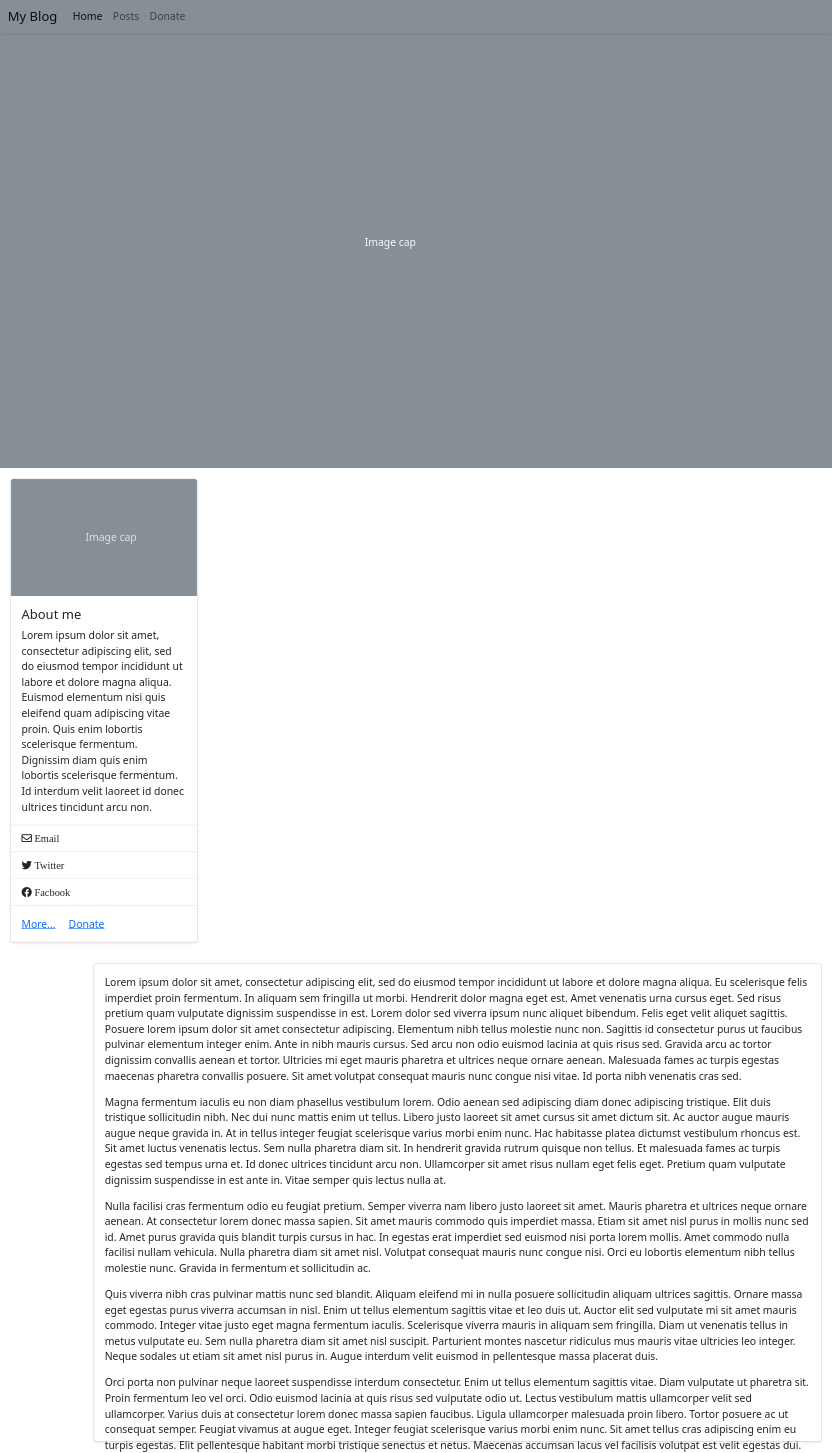
Repository: LublubXT/Azi-Tec-Team
Page: views/templates/blogs/personalblog/home.html
An editor plug-in stored every save of this project. The page is shown before and after the next save, followed by the edit.
The browser window is 1280 px wide. The pictures show the whole page, at 65% of full size.

Above is the page before, as saved 2021-03-11 09:16:59.

### views/templates/blogs/personalblog/home.html
<!DOCTYPE html>
<html lang="en">

    <head>
        <meta charset="UTF-8">
        <meta http-equiv="X-UA-Compatible" content="IE=edge">
        <meta name="viewport" content="width=device-width, initial-scale=1.0">

        <!-- import style sheet file -->
        <link rel="stylesheet" href="css/style.css">
        <link rel="stylesheet" href="css/bootstrap.min.css">
        <link rel="stylesheet" href="fontawesome/css/all.css">


        <title>My Blog</title>
    </head>

    <body>
        <div class="header imgDiv">
            <nav class="navbar navbar-expand-lg navbar-light fixed-top shadow-sm"
                style="background-color: transparent;">
                <div class="container-fluid">
                    <a class="navbar-brand" href="#">My Blog</a>
                    <button class="navbar-toggler" type="button" data-bs-toggle="collapse"
                        data-bs-target="#navbarNavAltMarkup" aria-controls="navbarNavAltMarkup" aria-expanded="false"
                        aria-label="Toggle navigation">
                        <span class="navbar-toggler-icon"></span>
                    </button>
                    <div class="collapse navbar-collapse float-end" id="navbarNavAltMarkup">
                        <div class="navbar-nav float-end">
                            <a class="nav-link active" aria-current="page" href="#">Home</a>
                            <a class="nav-link" href="#">Posts</a>
                            <a class="nav-link" href="#">Donate</a>
                        </div>
                    </div>
                </div>
            </nav>
            <p class="card-text position-absolute top-50 end-50 text-light">Image
                cap</p>
        </div>

        <div style="width: 100%;">

            <div class="card mx-3 my-3 shadow-sm" style="width: 18rem;">
                <svg class="bd-placeholder-img card-img-top" width="100%" height="180"
                    xmlns="http://www.w3.org/2000/svg" role="img" aria-label="Placeholder: Image cap"
                    preserveAspectRatio="xMidYMid slice" focusable="true">
                    <title>Placeholder</title>
                    <rect width="100%" height="100%" fill="#868e96"></rect><text x="40%" y="50%" fill="#dee2e6"
                        dy=".3em">Image
                        cap</text>
                </svg>
                <div class="card-body">
                    <h5 class="card-title">About me</h5>
                    <p class="card-text">Lorem ipsum dolor sit amet, consectetur adipiscing elit, sed do eiusmod tempor
                        incididunt ut labore et dolore magna
                        aliqua. Euismod elementum nisi quis eleifend quam adipiscing vitae proin. Quis enim lobortis
                        scelerisque fermentum.
                        Dignissim diam quis enim lobortis scelerisque fermentum. Id interdum velit laoreet id donec
                        ultrices tincidunt arcu non.</p>
                </div>
                <ul class="list-group list-group-flush">
                    <li class="list-group-item"><i class="far fa-envelope"> Email</i></li>
                    <li class="list-group-item"><i class="fab fa-twitter"> Twitter</i></li>
                    <li class="list-group-item"><i class="fab fa-facebook"> Facbook</i></li>
                </ul>
                <div class="card-body">
                    <a href="#" class="card-link">More...</a>
                    <a href="#" class="card-link">Donate</a>
                </div>
            </div>
            <div class="card mx-3 my-3 float-end shadow-sm p-3" style="width: 70rem; height: 46rem;">
                <p class="text-dark main_p">Lorem ipsum dolor sit amet, consectetur adipiscing elit, sed do eiusmod tempor
                    incididunt ut labore et dolore magna
                    aliqua. Eu scelerisque felis imperdiet proin fermentum. In aliquam sem fringilla ut morbi. Hendrerit
                    dolor magna eget
                    est. Amet venenatis urna cursus eget. Sed risus pretium quam vulputate dignissim suspendisse in est.
                    Lorem dolor sed
                    viverra ipsum nunc aliquet bibendum. Felis eget velit aliquet sagittis. Posuere lorem ipsum dolor
                    sit amet consectetur
                    adipiscing. Elementum nibh tellus molestie nunc non. Sagittis id consectetur purus ut faucibus
                    pulvinar elementum
                    integer enim. Ante in nibh mauris cursus. Sed arcu non odio euismod lacinia at quis risus sed.
                    Gravida arcu ac tortor
                    dignissim convallis aenean et tortor. Ultricies mi eget mauris pharetra et ultrices neque ornare
                    aenean. Malesuada fames
                    ac turpis egestas maecenas pharetra convallis posuere. Sit amet volutpat consequat mauris nunc
                    congue nisi vitae. Id
                    porta nibh venenatis cras sed.
                </p>
                <p class="text-dark main_p">
                    Magna fermentum iaculis eu non diam phasellus vestibulum lorem. Odio aenean sed adipiscing diam
                    donec adipiscing
                    tristique. Elit duis tristique sollicitudin nibh. Nec dui nunc mattis enim ut tellus. Libero justo
                    laoreet sit amet
                    cursus sit amet dictum sit. Ac auctor augue mauris augue neque gravida in. At in tellus integer
                    feugiat scelerisque
                    varius morbi enim nunc. Hac habitasse platea dictumst vestibulum rhoncus est. Sit amet luctus
                    venenatis lectus. Sem
                    nulla pharetra diam sit. In hendrerit gravida rutrum quisque non tellus. Et malesuada fames ac
                    turpis egestas sed tempus
                    urna et. Id donec ultrices tincidunt arcu non. Ullamcorper sit amet risus nullam eget felis eget.
                    Pretium quam vulputate
                    dignissim suspendisse in est ante in. Vitae semper quis lectus nulla at.
                </p>
                <p class="text-dark main_p">
                    Nulla facilisi cras fermentum odio eu feugiat pretium. Semper viverra nam libero justo laoreet sit
                    amet. Mauris pharetra
                    et ultrices neque ornare aenean. At consectetur lorem donec massa sapien. Sit amet mauris commodo
                    quis imperdiet massa.
                    Etiam sit amet nisl purus in mollis nunc sed id. Amet purus gravida quis blandit turpis cursus in
                    hac. In egestas erat
                    imperdiet sed euismod nisi porta lorem mollis. Amet commodo nulla facilisi nullam vehicula. Nulla
                    pharetra diam sit amet
                    nisl. Volutpat consequat mauris nunc congue nisi. Orci eu lobortis elementum nibh tellus molestie
                    nunc. Gravida in
                    fermentum et sollicitudin ac.
                </p>
                <p class="text-dark">
                    Quis viverra nibh cras pulvinar mattis nunc sed blandit. Aliquam eleifend mi in nulla posuere
                    sollicitudin aliquam
                    ultrices sagittis. Ornare massa eget egestas purus viverra accumsan in nisl. Enim ut tellus
                    elementum sagittis vitae et
                    leo duis ut. Auctor elit sed vulputate mi sit amet mauris commodo. Integer vitae justo eget magna
                    fermentum iaculis.
                    Scelerisque viverra mauris in aliquam sem fringilla. Diam ut venenatis tellus in metus vulputate eu.
                    Sem nulla pharetra
                    diam sit amet nisl suscipit. Parturient montes nascetur ridiculus mus mauris vitae ultricies leo
                    integer. Neque sodales
                    ut etiam sit amet nisl purus in. Augue interdum velit euismod in pellentesque massa placerat duis.
                </p>
                <p class="text-dark">
                    Orci porta non pulvinar neque laoreet suspendisse interdum consectetur. Enim ut tellus elementum
                    sagittis vitae. Diam
                    vulputate ut pharetra sit. Proin fermentum leo vel orci. Odio euismod lacinia at quis risus sed
                    vulputate odio ut.
                    Lectus vestibulum mattis ullamcorper velit sed ullamcorper. Varius duis at consectetur lorem donec
                    massa sapien
                    faucibus. Ligula ullamcorper malesuada proin libero. Tortor posuere ac ut consequat semper. Feugiat
                    vivamus at augue
                    eget. Integer feugiat scelerisque varius morbi enim nunc. Sit amet tellus cras adipiscing enim eu
                    turpis egestas. Elit
                    pellentesque habitant morbi tristique senectus et netus. Maecenas accumsan lacus vel facilisis
                    volutpat est velit
                    egestas dui.</p>
            </div>
        </div>

    </body>

</html>

### views/templates/blogs/personalblog/css/style.css
body {
    margin: 0px;
    padding: 0px;
}

.header {
    max-width: 100%;
    height: 45rem;
}

.imgDiv {
    background-color: #868e96;
}


.navbar {
    background-color: transparent;
    max-width: 100%;
    height: 50px;
    color: white;
    z-index: 3;
    position: sticky;
    top: 0px;
    left: 0px;
}

.mainlink {
    color: white;
    font-family: 'Courier New', Courier, monospace;
    font-weight: bolder;
    background: transparent;
    font-size: xx-large;
    text-decoration: none;
    float: left;
    margin: 10px;
}

.link {
    color: white;
    font-family: 'Courier New', Courier, monospace;
    font-weight: bolder;
    background: transparent;
    font-size: large;
    float: right;
    margin: 10px;
    margin-left: 10px;
    text-decoration: none;
}

Loaded but not shown: views/templates/blogs/personalblog/css/bootstrap.min.css (library); views/templates/blogs/personalblog/fontawesome/css/all.css (library)

After the next save:
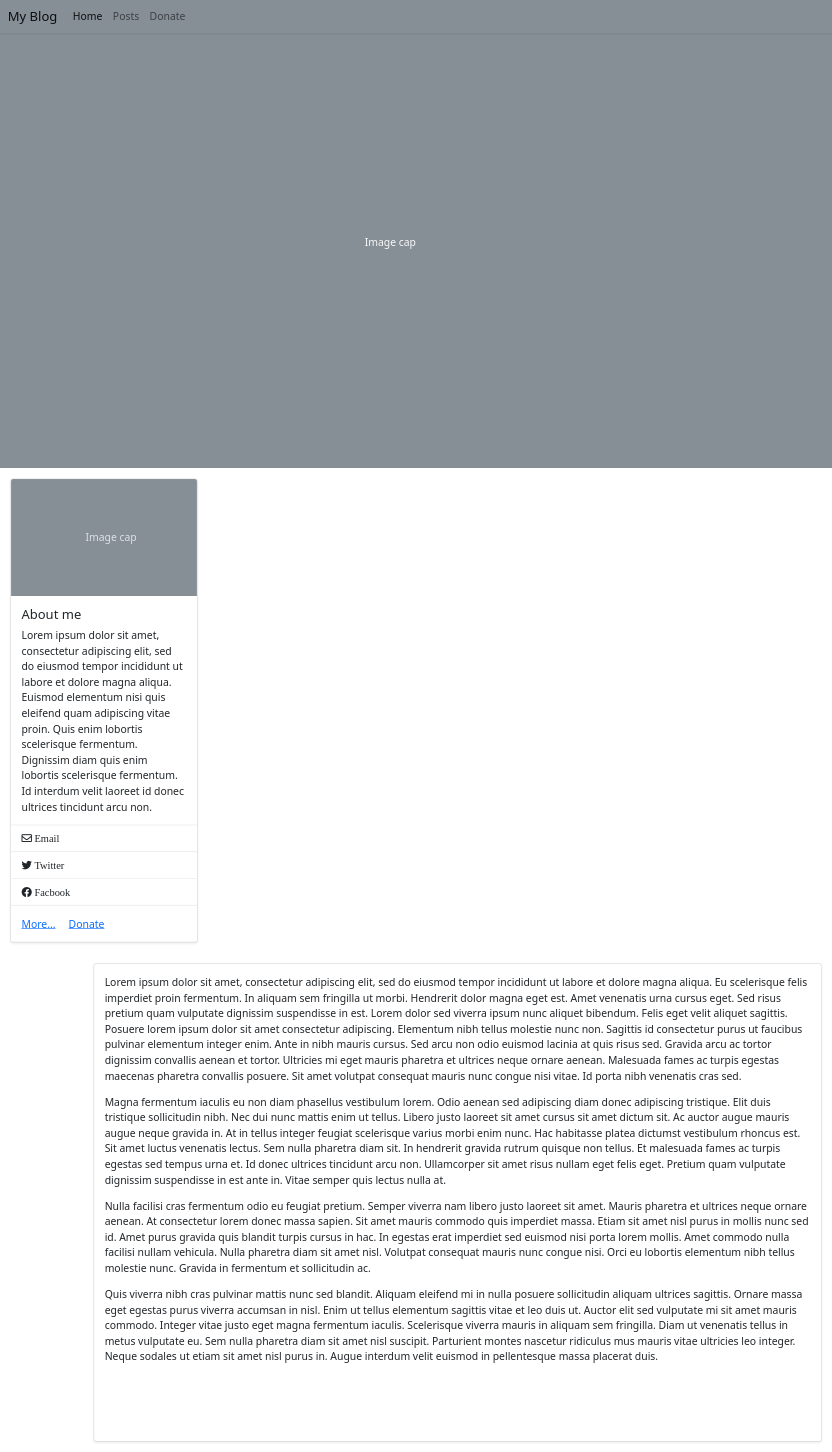
Saved 11 s later.
--- a/views/templates/blogs/personalblog/home.html
+++ b/views/templates/blogs/personalblog/home.html
@@ -70,7 +70,8 @@
                 </div>
             </div>
             <div class="card mx-3 my-3 float-end shadow-sm p-3" style="width: 70rem; height: 46rem;">
-                <p class="text-dark main_p">Lorem ipsum dolor sit amet, consectetur adipiscing elit, sed do eiusmod tempor
+                <p class="text-dark main_p">Lorem ipsum dolor sit amet, consectetur adipiscing elit, sed do eiusmod
+                    tempor
                     incididunt ut labore et dolore magna
                     aliqua. Eu scelerisque felis imperdiet proin fermentum. In aliquam sem fringilla ut morbi. Hendrerit
                     dolor magna eget
@@ -116,7 +117,7 @@
                     nunc. Gravida in
                     fermentum et sollicitudin ac.
                 </p>
-                <p class="text-dark">
+                <p class="text-dark main_p">
                     Quis viverra nibh cras pulvinar mattis nunc sed blandit. Aliquam eleifend mi in nulla posuere
                     sollicitudin aliquam
                     ultrices sagittis. Ornare massa eget egestas purus viverra accumsan in nisl. Enim ut tellus
@@ -129,20 +130,7 @@
                     integer. Neque sodales
                     ut etiam sit amet nisl purus in. Augue interdum velit euismod in pellentesque massa placerat duis.
                 </p>
-                <p class="text-dark">
-                    Orci porta non pulvinar neque laoreet suspendisse interdum consectetur. Enim ut tellus elementum
-                    sagittis vitae. Diam
-                    vulputate ut pharetra sit. Proin fermentum leo vel orci. Odio euismod lacinia at quis risus sed
-                    vulputate odio ut.
-                    Lectus vestibulum mattis ullamcorper velit sed ullamcorper. Varius duis at consectetur lorem donec
-                    massa sapien
-                    faucibus. Ligula ullamcorper malesuada proin libero. Tortor posuere ac ut consequat semper. Feugiat
-                    vivamus at augue
-                    eget. Integer feugiat scelerisque varius morbi enim nunc. Sit amet tellus cras adipiscing enim eu
-                    turpis egestas. Elit
-                    pellentesque habitant morbi tristique senectus et netus. Maecenas accumsan lacus vel facilisis
-                    volutpat est velit
-                    egestas dui.</p>
+
             </div>
         </div>
 
